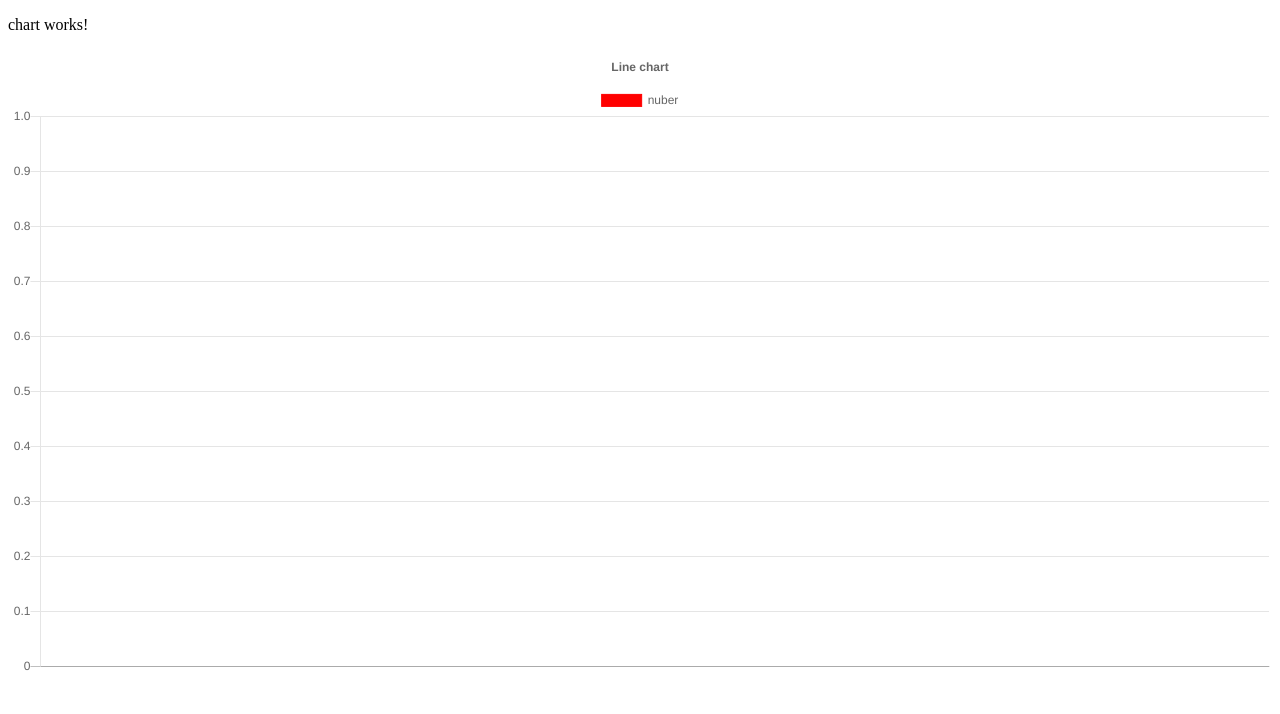
Repository: abinhasan/Project-1
Page: /
An editor plug-in stored every save of this project. The page is shown before and after the next save, followed by the edit.
The browser window is 1280 px wide. The pictures show the whole page.
The page's requests for data from a server got no answer. The project was rebuilt for these pictures with package versions that can differ from the ones it lists, and the page was loaded fresh each time. No one was signed in, and anything a server would have sent is missing. Also part of the build but not shown: angular.json.

Above is the page before, as saved 2019-09-07 13:31:20.

After the next save:
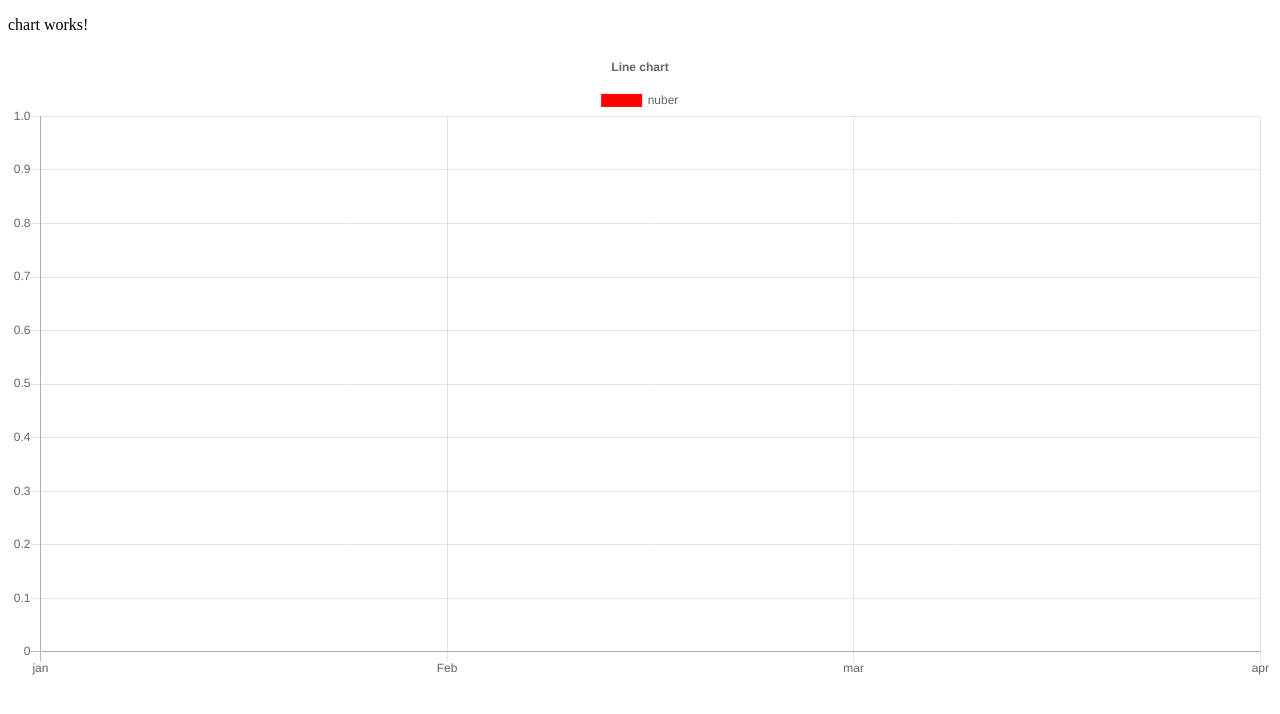
Saved 44 s later.
--- a/src/app/components/chart/chart.component.ts
+++ b/src/app/components/chart/chart.component.ts
@@ -22,8 +22,8 @@ export class ChartComponent implements OnInit {
     this.LineChart.push(new Chart('lineChart', {
       type: 'line',
       data: {
-        //labels: ["jan", "Feb","mar"],
-        labels: this.chartList.time,
+        labels: ["jan", "Feb","mar","apr"],
+        //labels: this.chartList.time,
         datasets: [{
           label: 'nuber',
           //data: [1, 9,3],
